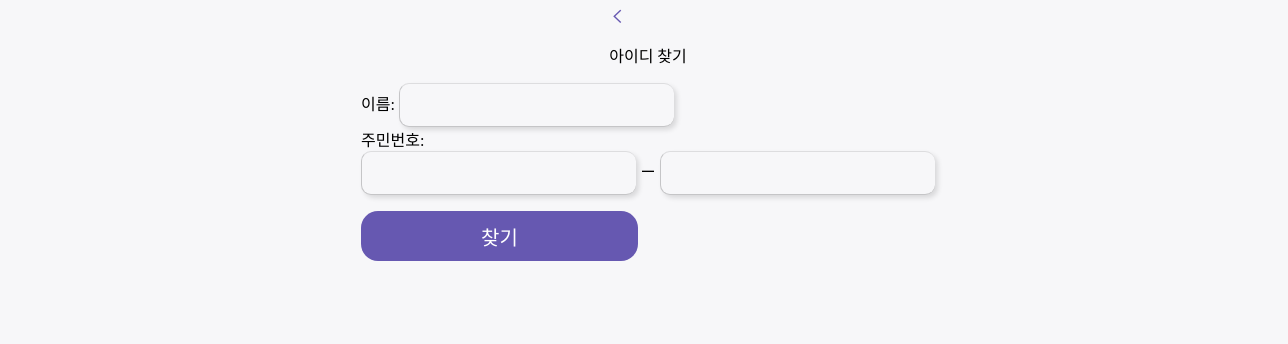
Repository: PEPI-dev/UI
Page: find_id_pw/findId.html
The author's editor kept a copy of each file at every save. The page is drawn from the files as they stood at one save, then again after a run of saves.
The browser window is 1280 px wide. The page is 1288 px wide, so the pictures cover 1288 px, including what lies to the right of the window. The pictures show the whole page.
Some web fonts or font styles are not loaded; a fallback is used.

Above is the page before, as saved 2023-12-05 13:37:37.

After the next 3 saves:
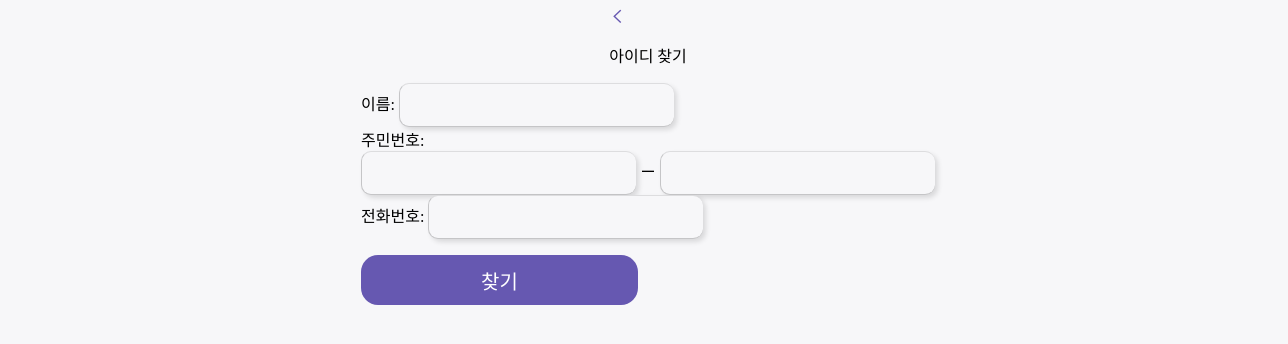
The 3 saves are shown as one change because they came seconds apart.
The last was saved 12 s later.
--- a/find_id_pw/findId.html
+++ b/find_id_pw/findId.html
@@ -29,7 +29,10 @@
                 <input class="field" id="rrn2" type="password">
             </div>
 
-
+            <div class="input_form">
+                <label for="tel">전화번호:</label>
+                <input class="field" type="text" id="name">
+            </div>
 
             <p><button class="search">찾기</button></p>
         </form>
